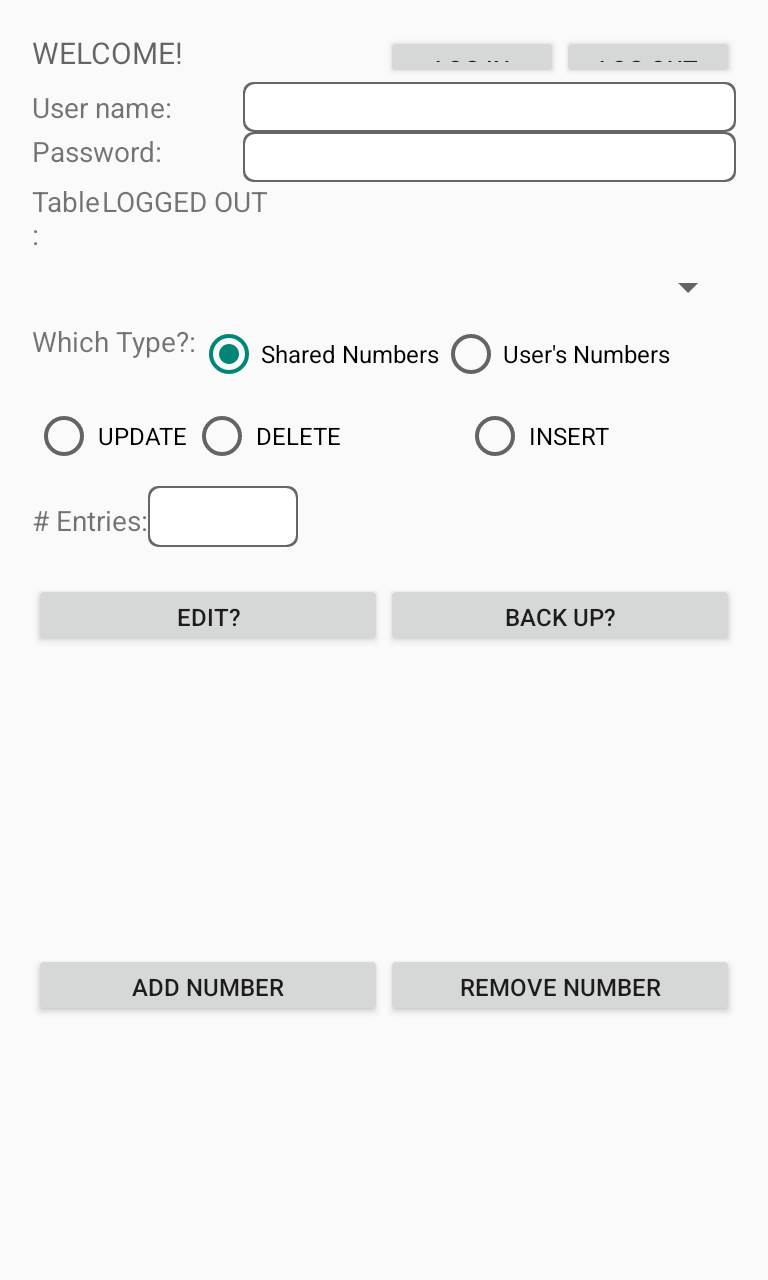
Repository: kharryman/LFQ_APP
Layout: LearnFactsQuick/res/layout/edit_numbers.xml
These files come from the project's save history. The layout is drawn as it stood at one moment and after the next save; the edit follows.
It is drawn on a 768 x 1280 px phone screen (xhdpi) without system bars, with theme AppTheme; the app's code is not run.

Above is the layout before, as saved 2018-03-22 02:51:53.

### LearnFactsQuick/res/layout/edit_numbers.xml
<LinearLayout xmlns:tools="http://schemas.android.com/tools"
    xmlns:android="http://schemas.android.com/apk/res/android"
    android:id="@+id/edit_numbers_layout"
    android:layout_width="match_parent"
    android:layout_height="wrap_content"
    android:orientation="vertical"
    android:paddingBottom="@dimen/activity_vertical_margin"
    android:paddingLeft="@dimen/activity_horizontal_margin"
    android:paddingRight="@dimen/activity_horizontal_margin"
    android:paddingTop="@dimen/activity_vertical_margin"
    tools:context="com.lfq.learnfactsquick.SecondLfqActivity"
    tools:ignore="TextFields" >

    <LinearLayout
        android:layout_width="match_parent"
        android:layout_height="wrap_content"
        android:orientation="vertical" >

        <LinearLayout
            android:id="@+id/edit_numbers_top_layout"
            android:layout_width="match_parent"
            android:layout_height="wrap_content"
            android:orientation="vertical" >

            <LinearLayout
                android:layout_width="match_parent"
                android:layout_height="50px"
                android:orientation="horizontal" >

                <TextView
                    android:id="@+id/prompt_edit_numbers"
                    android:layout_width="0dp"
                    android:layout_height="match_parent"
                    android:layout_weight="0.50"
                    android:text="WELCOME!"
                    android:textAppearance="?android:attr/textAppearanceMedium"
                    android:textSize="15sp" />

                <Button
                    android:id="@+id/do_login_edit_numbers"
                    android:layout_width="0dp"
                    android:layout_height="match_parent"
                    android:layout_weight="0.25"
                    android:text="LOG IN"
                    android:textSize="12sp" >
                </Button>

                <Button
                    android:id="@+id/do_logout_edit_numbers"
                    android:layout_width="0dp"
                    android:layout_height="match_parent"
                    android:layout_weight="0.25"
                    android:text="LOG OUT"
                    android:textSize="12sp" >
                </Button>
            </LinearLayout>

            <LinearLayout
                android:layout_width="match_parent"
                android:layout_height="wrap_content"
                android:orientation="horizontal" >

                <TextView
                    android:id="@+id/prompt_edit_numbers_username"
                    android:layout_width="0dp"
                    android:layout_height="50px"
                    android:layout_weight="0.3"
                    android:text="User name:"
                    android:textSize="14dp" >
                </TextView>

                <EditText
                    android:id="@+id/edit_numbers_username"
                    android:layout_width="0dp"
                    android:layout_height="match_parent"
                    android:layout_weight="0.7"
                    android:background="@drawable/rounded_edittext"
                    android:inputType="textMultiLine"
                    android:maxLines="1"
                    android:textSize="14dp" >
                </EditText>
            </LinearLayout>

            <LinearLayout
                android:layout_width="match_parent"
                android:layout_height="50px"
                android:orientation="horizontal" >

                <TextView
                    android:id="@+id/prompt_edit_numbers_password"
                    android:layout_width="0dp"
                    android:layout_height="match_parent"
                    android:layout_weight="0.3"
                    android:text="Password:"
                    android:textSize="14dp" >
                </TextView>

                <EditText
                    android:id="@+id/edit_numbers_password"
                    android:layout_width="0dp"
                    android:layout_height="match_parent"
                    android:layout_weight="0.7"
                    android:background="@drawable/rounded_edittext"
                    android:inputType="textMultiLine"
                    android:maxLines="1"
                    android:password="true"
                    android:textSize="14dp" >
                </EditText>
            </LinearLayout>

            <LinearLayout
                android:id="@+id/edit_numbers_prompt_table_login_layout"
                android:layout_width="match_parent"
                android:layout_height="70px"
                android:orientation="horizontal" >
                <TextView
                    android:id="@+id/prompt_select_numbers_table"
                    android:layout_width="0dp"
                    android:layout_height="match_parent"
                    android:layout_weight="0.10"
                    android:text="Table:" />

                <TextView
                    android:id="@+id/edit_numbers_login_status"
                    android:layout_width="0dp"
                    android:layout_height="wrap_content"
                    android:layout_weight="0.90"
                    android:text="LOGGED OUT" >
                </TextView>
            </LinearLayout>

            <LinearLayout
                android:id="@+id/edit_numbers_select_table_layout"
                android:layout_width="match_parent"
                android:layout_height="70px"
                android:orientation="horizontal" >

                <Spinner
                    android:id="@+id/select_edit_numbers_title"
                    android:layout_width="match_parent"
                    android:layout_height="match_parent" />

                <EditText
                    android:id="@+id/input_numbers_table"
                    android:layout_width="match_parent"
                    android:layout_height="match_parent"
                    android:background="@drawable/rounded_edittext"
                    android:inputType="textMultiLine"
                    android:maxLines="2" />
            </LinearLayout>

            <LinearLayout
                android:id="@+id/edit_numbers_choose_layout"
                android:layout_width="match_parent"
                android:layout_height="wrap_content"
                android:orientation="horizontal" >

                <TextView
                    android:id="@+id/prompt_choose_numbers_type"
                    android:layout_width="wrap_content"
                    android:layout_height="wrap_content"
                    android:text="Which Type?:" >
                </TextView>

                <RadioGroup
                    android:id="@+id/edit_numbers_choices"
                    android:layout_width="wrap_content"
                    android:layout_height="wrap_content"
                    android:orientation="horizontal" >

                    <RadioButton
                        android:id="@+id/check_edit_shared_numbers"
                        android:layout_weight="1"
                        android:checked="true"
                        android:text="Shared Numbers"
                        android:textSize="12sp" >
                    </RadioButton>

                    <RadioButton
                        android:id="@+id/check_edit_user_numbers"
                        android:layout_weight="1"
                        android:text="User&apos;s Numbers"
                        android:textSize="12sp" >
                    </RadioButton>
                </RadioGroup>
            </LinearLayout>

            <RadioGroup
                android:id="@+id/numbers_buttons"
                android:layout_width="match_parent"
                android:layout_height="100px"
                android:orientation="horizontal" >

                <RadioButton
                    android:id="@+id/check_update_numbers"
                    android:layout_height="wrap_content"
                    android:padding="1dp"
                    android:text="UPDATE"
                    android:textSize="12sp" >
                </RadioButton>

                <RadioButton
                    android:id="@+id/check_delete_numbers"
                    android:layout_width="0dp"
                    android:layout_height="match_parent"
                    android:layout_weight="0.33"
                    android:padding="1dp"
                    android:text="DELETE"
                    android:textSize="12sp" >
                </RadioButton>

                <RadioButton
                    android:id="@+id/check_insert_numbers"
                    android:layout_width="0dp"
                    android:layout_height="match_parent"
                    android:layout_weight="0.33"
                    android:padding="1dp"
                    android:text="INSERT"
                    android:textSize="12sp" >
                </RadioButton>
            </RadioGroup>

            <LinearLayout
                android:id="@+id/edit_numbers_number_entries_layout"
                android:layout_width="match_parent"
                android:layout_height="wrap_content"
                android:orientation="horizontal" >

                <TextView
                    android:id="@+id/prompt_number_numbers_entries"
                    android:layout_width="wrap_content"
                    android:layout_height="wrap_content"
                    android:text="# Entries:" >
                </TextView>

                <EditText
                    android:id="@+id/input_number_numbers_entries"
                    android:layout_width="75sp"
                    android:layout_height="wrap_content"
                    android:background="@drawable/rounded_edittext"
                    android:inputType="number"
                    android:maxLength="3" >
                </EditText>
            </LinearLayout>
        </LinearLayout>

        <TextView
            android:id="@+id/edit_numbers_results"
            android:layout_width="wrap_content"
            android:layout_height="wrap_content"
            android:textSize="12sp" >
        </TextView>

        <LinearLayout
            android:id="@+id/edit_numbers_fullscreen_layout"
            android:layout_width="match_parent"
            android:layout_height="70px"
            android:orientation="horizontal" >

            <Button
                android:id="@+id/do_edit_numbers_table"
                android:layout_width="0dp"
                android:layout_height="wrap_content"
                android:layout_weight="0.5"
                android:text="EDIT?"
                android:textSize="12sp" />

            <Button
                android:id="@+id/do_edit_numbers_backup"
                android:layout_width="0dp"
                android:layout_height="wrap_content"
                android:layout_weight="0.5"
                android:text="BACK UP?"
                android:textSize="12sp" />
        </LinearLayout>

        <ScrollView
            android:layout_width="match_parent"
            android:layout_height="300px" >

            <RelativeLayout
                android:id="@+id/numbers_mnemonic_entries_layout"
                android:layout_width="match_parent"
                android:layout_height="wrap_content" >
            </RelativeLayout>
        </ScrollView>

        <LinearLayout
            android:id="@+id/edit_numbers_add_remove_numbers"
            android:layout_width="match_parent"
            android:layout_height="70px"
            android:orientation="horizontal" >

            <Button
                android:id="@+id/do_edit_numbers_add_number"
                android:layout_width="0dp"
                android:layout_height="70px"
                android:layout_weight="0.5"
                android:text="ADD NUMBER"
                android:textSize="12sp" />

            <Button
                android:id="@+id/do_edit_numbers_remove_number"
                android:layout_width="0dp"
                android:layout_height="70px"
                android:layout_weight="0.5"
                android:text="REMOVE NUMBER"
                android:textSize="12sp" />
        </LinearLayout>
    </LinearLayout>

</LinearLayout>

### LearnFactsQuick/res/drawable/rounded_edittext.xml
<?xml version="1.0" encoding="utf-8"?>
<layer-list xmlns:android="http://schemas.android.com/apk/res/android" >

    <item>
<shape xmlns:android="http://schemas.android.com/apk/res/android"
android:shape="rectangle">
 <solid android:color="#666666" />
 <padding
        android:bottom="1dp"
        android:left="1dp"
        android:right="1dp"
        android:top="1dp"
    />
 <corners
     android:bottomRightRadius="5dp"
     android:bottomLeftRadius="5dp"
  android:topLeftRadius="5dp"
  android:topRightRadius="5dp"/>
</shape>
</item>

    <item>
<shape xmlns:android="http://schemas.android.com/apk/res/android"
android:shape="rectangle">
 <solid android:color="#FFFFFF"/>
     <padding
        android:bottom="2dp"
        android:left="2dp"
        android:right="2dp"
        android:top="2dp"
    />
    <corners
     android:bottomRightRadius="5dp"
     android:bottomLeftRadius="5dp"
  android:topLeftRadius="5dp"
  android:topRightRadius="5dp"/>
</shape>
</item>


</layer-list>

Loaded but not shown: LearnFactsQuick/res/values/styles.xml (common file); LearnFactsQuick/res/values-v11/styles.xml (common file); LearnFactsQuick/res/values-v14/styles.xml (common file); LearnFactsQuick/res/values/dimens.xml (common file); LearnFactsQuick/res/values-w820dp/dimens.xml (common file)

After the next save:
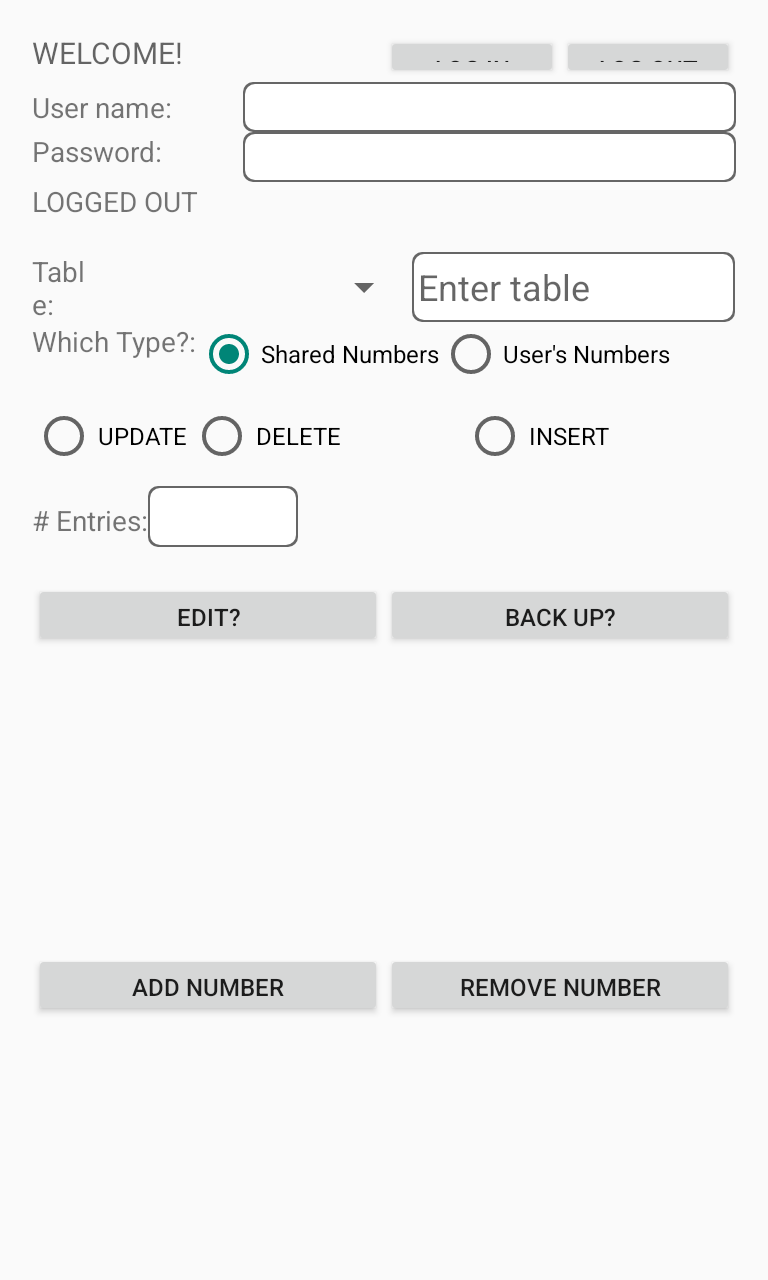
Saved 2 days later.
--- a/LearnFactsQuick/res/layout/edit_numbers.xml
+++ b/LearnFactsQuick/res/layout/edit_numbers.xml
@@ -114,13 +114,6 @@
                 android:layout_height="70px"
                 android:orientation="horizontal" >
                 <TextView
-                    android:id="@+id/prompt_select_numbers_table"
-                    android:layout_width="0dp"
-                    android:layout_height="match_parent"
-                    android:layout_weight="0.10"
-                    android:text="Table:" />
-
-                <TextView
                     android:id="@+id/edit_numbers_login_status"
                     android:layout_width="0dp"
                     android:layout_height="wrap_content"
@@ -134,18 +127,26 @@
                 android:layout_width="match_parent"
                 android:layout_height="70px"
                 android:orientation="horizontal" >
-
+                <TextView
+                    android:id="@+id/prompt_select_numbers_table"
+                    android:layout_width="0dp"
+                    android:layout_height="match_parent"
+                    android:layout_weight="0.15"
+                    android:text="Table:" />
                 <Spinner
                     android:id="@+id/select_edit_numbers_title"
-                    android:layout_width="match_parent"
-                    android:layout_height="match_parent" />
+                    android:layout_width="0dp"
+                    android:layout_height="match_parent"
+                    android:layout_weight="0.85" />
 
                 <EditText
                     android:id="@+id/input_numbers_table"
-                    android:layout_width="match_parent"
-                    android:layout_height="match_parent"
+                    android:layout_width="0dp"
+                    android:layout_height="match_parent"
+                    android:layout_weight="0.85"
                     android:background="@drawable/rounded_edittext"
                     android:inputType="textMultiLine"
+                    android:hint="Enter table"
                     android:maxLines="2" />
             </LinearLayout>
 
